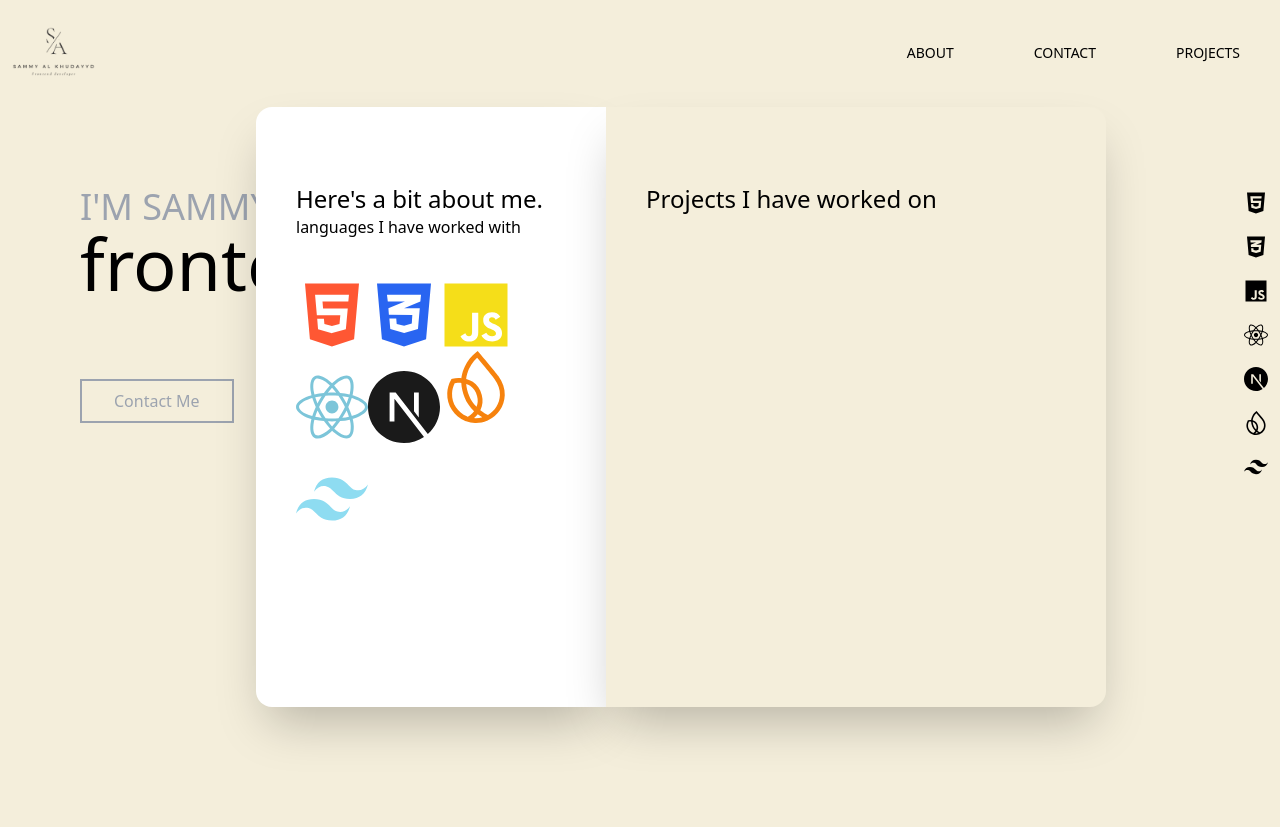
Repository: Al123Kudayyd/myportfolio
Page: /
The author's editor kept a copy of each file at every save. The page is drawn from the files as they stood at one save, then again after the next save.
The browser window is 1280 px wide. The pictures show the whole page.
The project was rebuilt for these pictures with package versions that can differ from the ones it lists, and the page was loaded fresh each time. Also part of the build but not shown: src/components/model.js.

Above is the page before, as saved 2024-02-21 14:13:05.

After the next save:
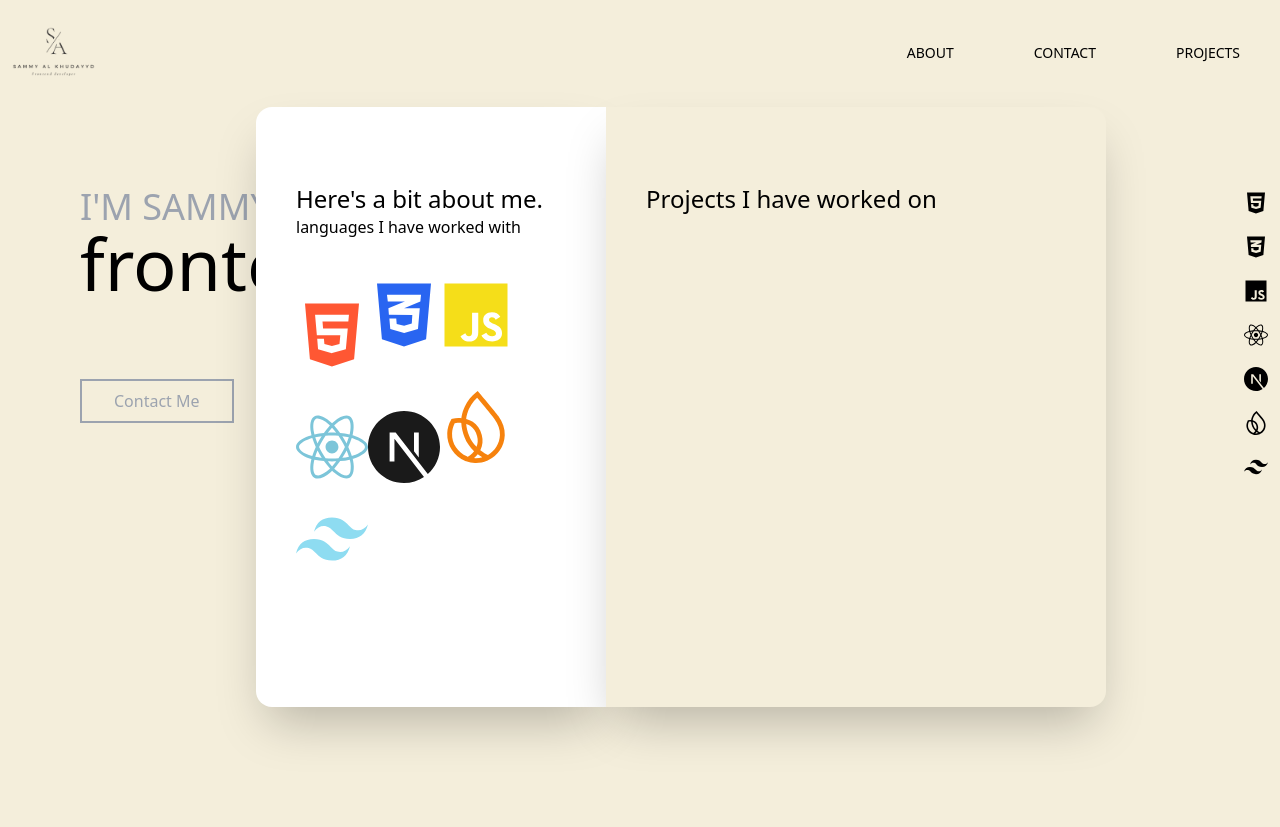
Saved 6 s later.
--- a/src/components/Projects.jsx
+++ b/src/components/Projects.jsx
@@ -15,7 +15,7 @@
                     <h1 className='text-2xl'>Here's a bit about me.</h1>
                     <h3 className='text-md '>languages I have worked with</h3>
                     <div className='flex flex-wrap my-10 text-7xl'>
-                        <FaHtml5 className='text-[#FF5733] ' />
+                        <FaHtml5 className='text-[#FF5733] my-5' />
                         <FaCss3Alt className='text-[#2965F1]' />
                         <IoLogoJavascript className='text-[#F5DE19]' />
                         <FaReact className='text-[#7CC5D9] my-5' />

After the 3 saves that followed:
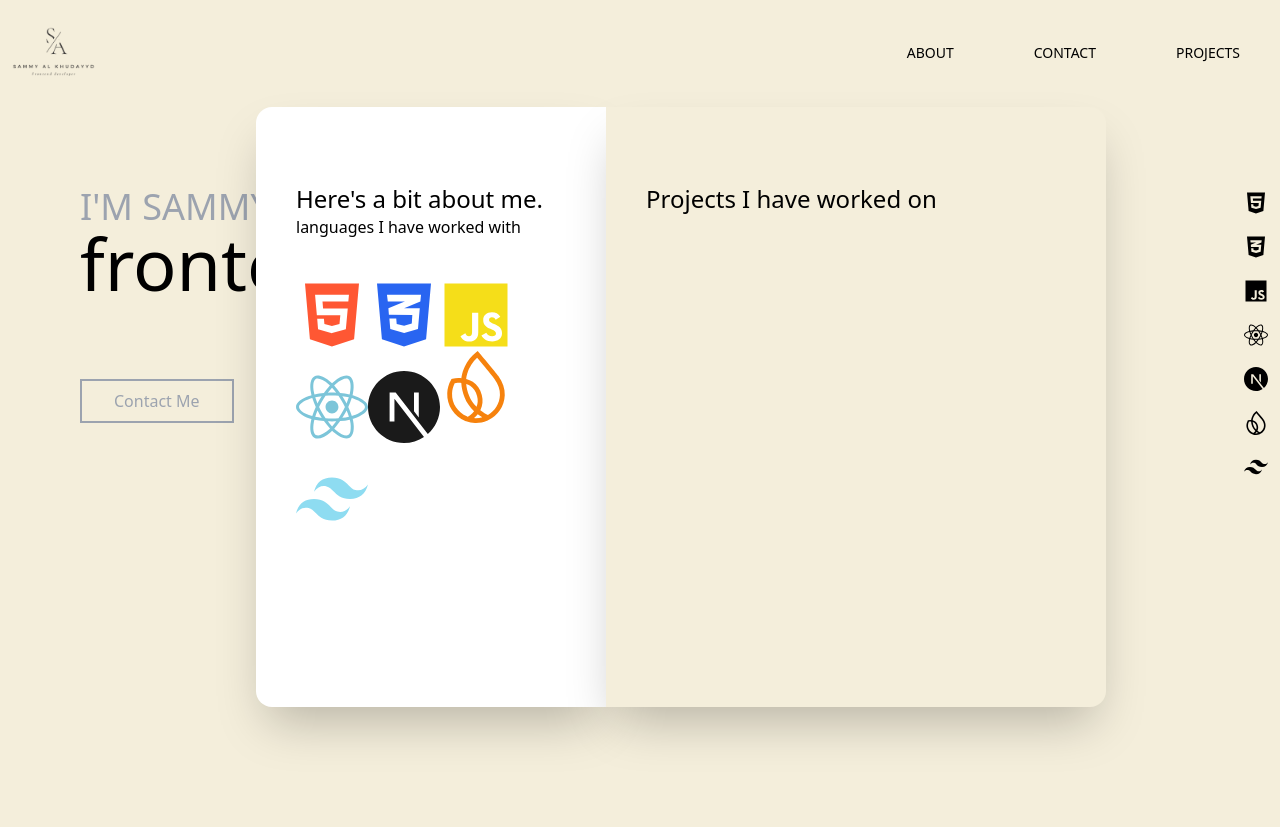
The 3 saves are shown as one change because they came seconds apart.
The last was saved 9 s later.
--- a/src/components/Projects.jsx
+++ b/src/components/Projects.jsx
@@ -15,7 +15,7 @@
                     <h1 className='text-2xl'>Here's a bit about me.</h1>
                     <h3 className='text-md '>languages I have worked with</h3>
                     <div className='flex flex-wrap my-10 text-7xl'>
-                        <FaHtml5 className='text-[#FF5733] my-5' />
+                        <FaHtml5 className='text-[#FF5733]' />
                         <FaCss3Alt className='text-[#2965F1]' />
                         <IoLogoJavascript className='text-[#F5DE19]' />
                         <FaReact className='text-[#7CC5D9] my-5' />
